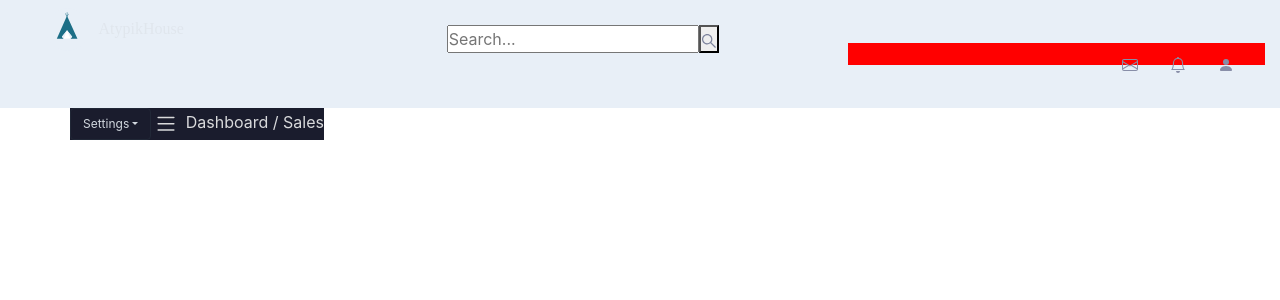
Repository: kifack/API-Symfony-AtypikHouse
Page: / (app in admin-frontend/)
The author's editor kept a copy of each file at every save. The page is drawn from the files as they stood at one save, then again after the next save.
The browser window is 1280 px wide. The pictures show the whole page.
Some web libraries are served in a nearby version. The project was rebuilt for these pictures with package versions that can differ from the ones it lists, and the page was loaded fresh each time. Also part of the build but not shown: admin-frontend/src/css/Responsive.css, admin-frontend/src/css/admin/navbar.css, admin-frontend/src/components/template_parts/Header.js, admin-frontend/src/components/template_parts/Footer.js, admin-frontend/src/components/template_parts/Sidebar.js, admin-frontend/src/components/partials/LocationEntry.js, admin-frontend/src/components/template_parts/Spinner.js, admin-frontend/src/actions/location.js and 26 more.

Above is the page before, as saved 2020-10-01 16:42:45.

After the next save:
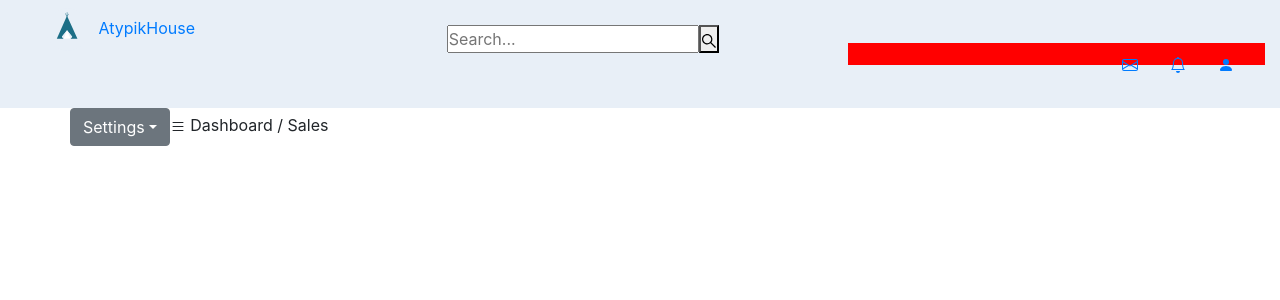
Saved 64 s later.
--- a/admin-frontend/src/css/App.css
+++ b/admin-frontend/src/css/App.css
@@ -69,69 +69,6 @@
 
 /*********************************************************** Header backend ************************************************************************************/
 
-.icons{
-
-  color: #7e849d;
-
-
-}
-
-.form-inline{
-
-
-}
-.titlesite, .logo{
-
-  color: #e0e6ed;
-  width: 30px;
-  font-family: "title-secondair";
-  font-size: 1.0rem;
-
-}
-
-
-.icon-env, .icon-bell, .icon-person {
-
-
-  color: #888ea8;
-}
-
-
-input.form-control.form-control-sm.ml-5.w-100 {
-  background-color: #0e1726;
-  color: #7e849d;
-  border-color: #212837;
-
-
-}
-
-button#dropdownMenuButton {
-
-background-color: #1a1c2d;
-color: #d2d8df;
-border-color: #212837;
-font-size: 12px;
-}
-
-
-.icon-list{
-
- color: #d9dadc;
- width: 30px;
- height: 25px;
-
-}
-
-.titlelist{
-
- color: #d9dadc;
-
-}
-.fond{
-
-
- background: #1a1c2d;
-}
 
 /* ################################# Header ###########################*/
 header .navbar{

After the save that followed:
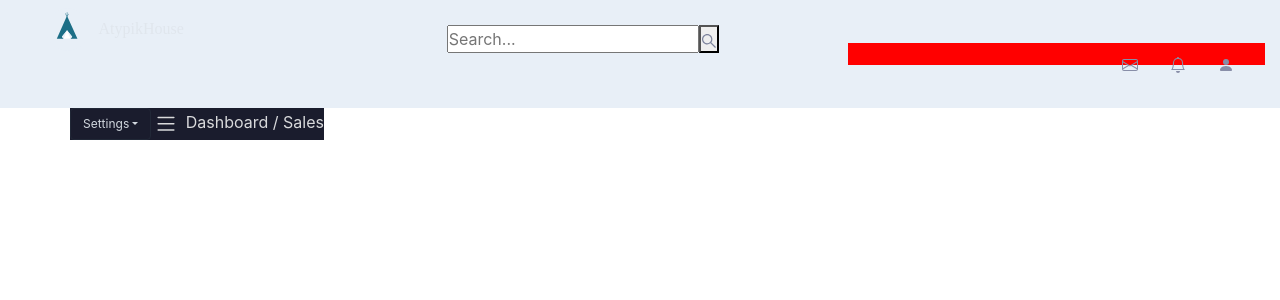
Saved 7 s later.
--- a/admin-frontend/src/css/App.css
+++ b/admin-frontend/src/css/App.css
@@ -69,6 +69,69 @@
 
 /*********************************************************** Header backend ************************************************************************************/
 
+.icons{
+
+  color: #7e849d;
+
+
+}
+
+.form-inline{
+
+
+}
+.titlesite, .logo{
+
+  color: #e0e6ed;
+  width: 30px;
+  font-family: "title-secondair";
+  font-size: 1.0rem;
+
+}
+
+
+.icon-env, .icon-bell, .icon-person {
+
+
+  color: #888ea8;
+}
+
+
+input.form-control.form-control-sm.ml-5.w-100 {
+  background-color: #0e1726;
+  color: #7e849d;
+  border-color: #212837;
+
+
+}
+
+button#dropdownMenuButton {
+
+background-color: #1a1c2d;
+color: #d2d8df;
+border-color: #212837;
+font-size: 12px;
+}
+
+
+.icon-list{
+
+ color: #d9dadc;
+ width: 30px;
+ height: 25px;
+
+}
+
+.titlelist{
+
+ color: #d9dadc;
+
+}
+.fond{
+
+
+ background: #1a1c2d;
+}
 
 /* ################################# Header ###########################*/
 header .navbar{
